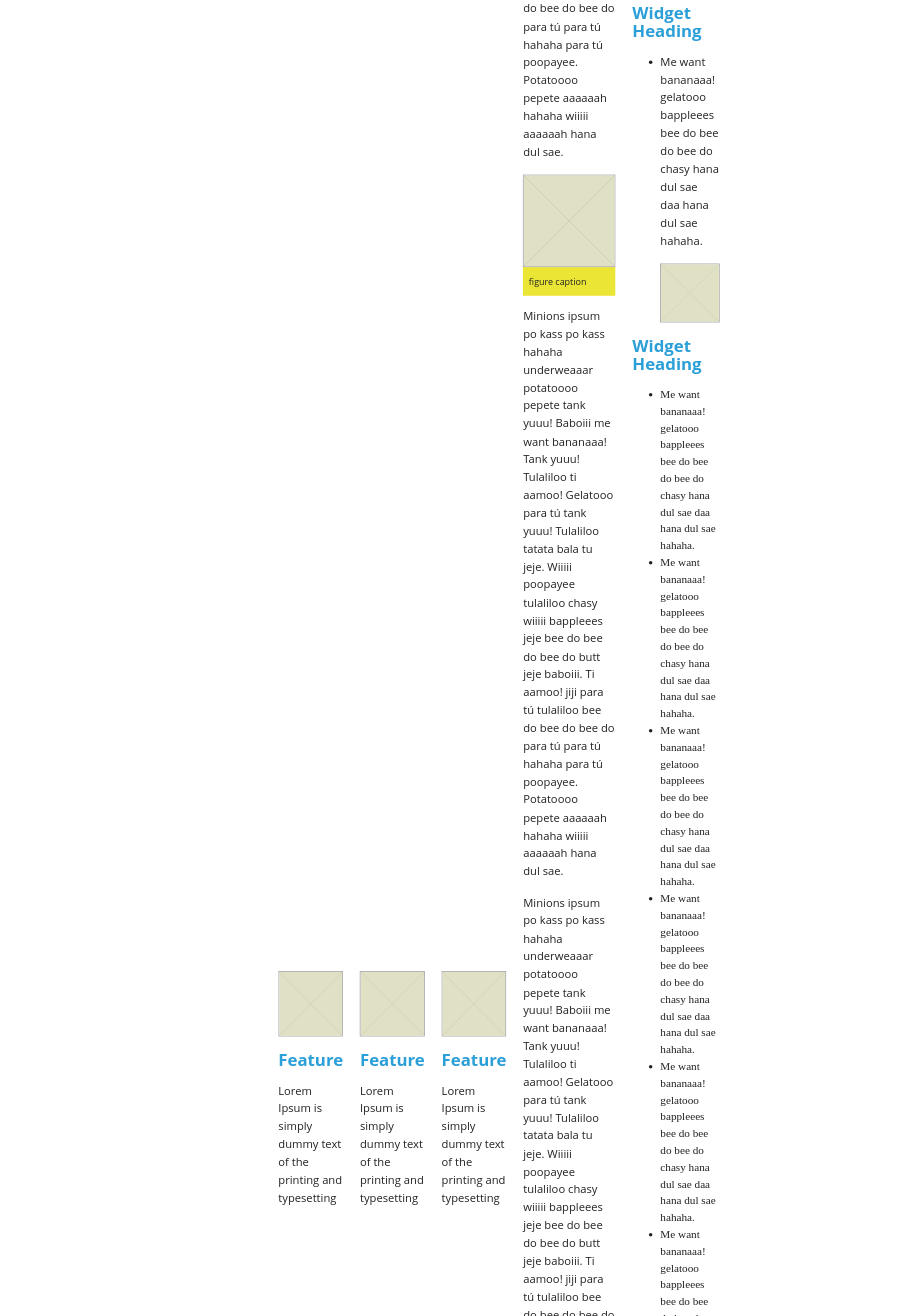
Repository: AdrianTejada/Lab03-Project-1
Page: index.html
These files come from the project's save history. The page is drawn as it stood at one moment and after the next save; the edit follows.
The browser window is 1280 px wide. The page is 1315 px wide, so the pictures cover 1315 px, including what lies to the right of the window. The pictures show the part of the page from y = 1771 to 3651 px (the page is 6548 px tall before and 6492 px after), at 70% of full size.

Above is the page before, as saved 2021-01-26 19:15:39.

After the next save:
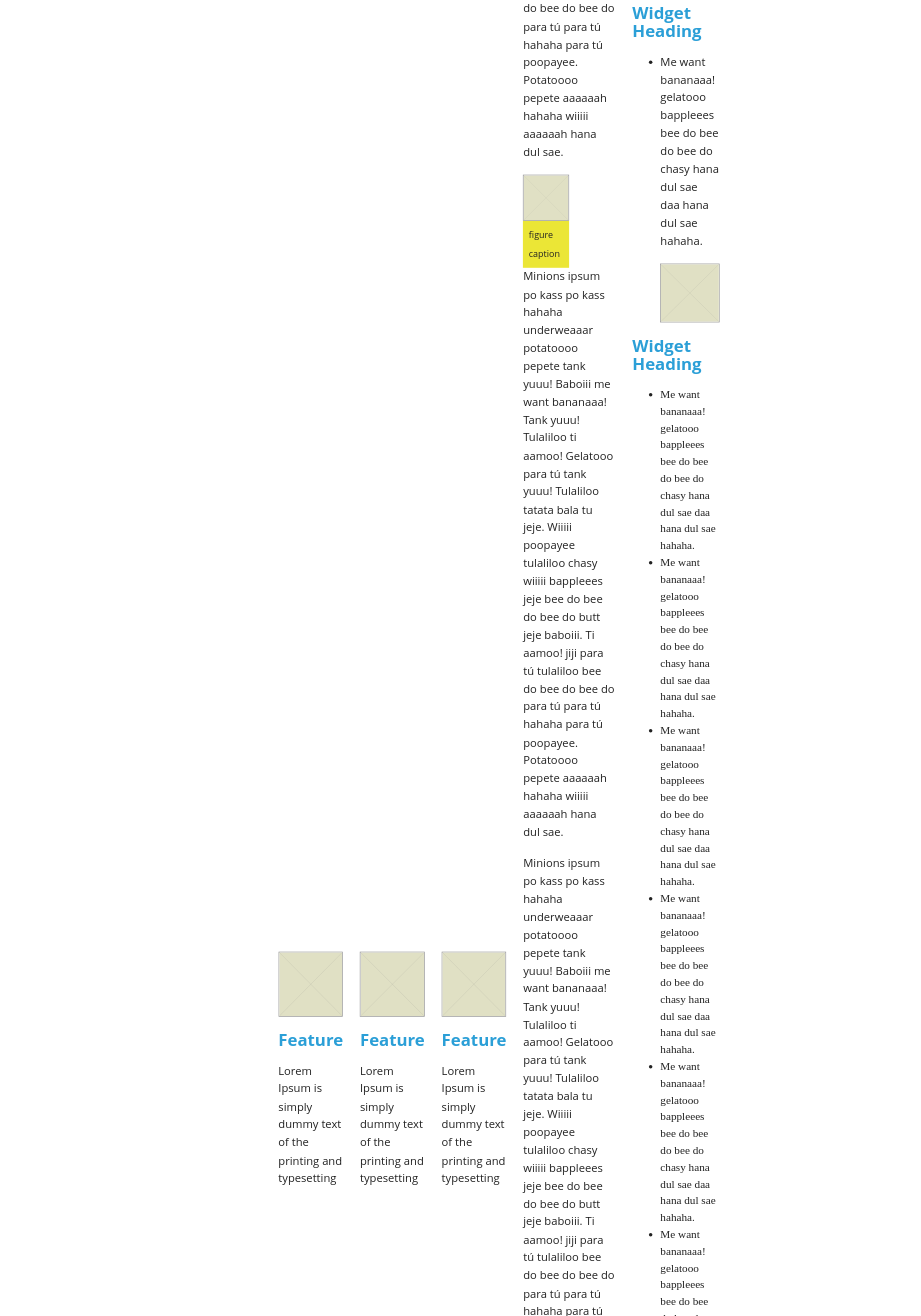
Saved 3 min 22 s later.
--- a/css/main.css
+++ b/css/main.css
@@ -187,6 +187,12 @@
     .featured {
         grid-gap: 1.5rem;
     }
+
+    .article__figure {
+        width: 50%;
+        float: left;
+        margin: 0 1rem 0 0;
+    }
 }
 
 
